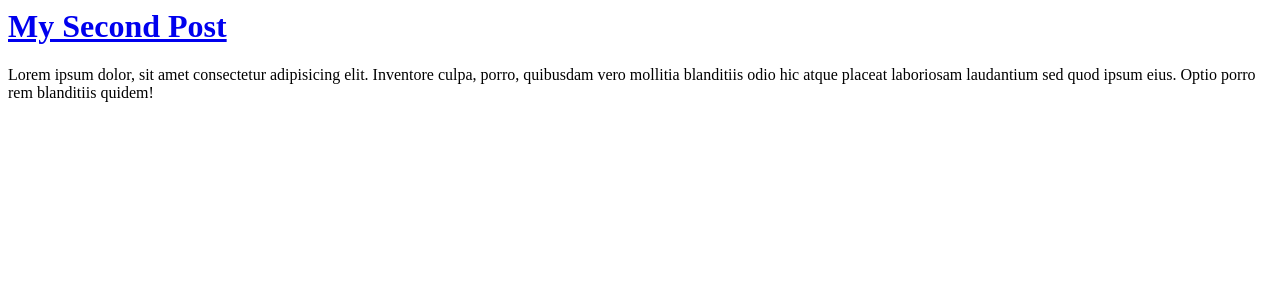
Repository: RaquelAlvarezz/example-app
Page: resources/posts/my-third-post.html
The author's editor kept a copy of each file at every save. The page is drawn from the files as they stood at one save, then again after the next save.
The browser window is 1280 px wide. The pictures show the whole page.

Above is the page before, as saved 2022-02-11 10:54:28.

### resources/posts/my-third-post.html

    <h1><a href="/post">My Second Post</a></h1>
<p>Lorem ipsum dolor, sit amet consectetur adipisicing elit. Inventore culpa, porro, quibusdam vero mollitia blanditiis odio hic atque placeat laboriosam laudantium sed quod ipsum eius. Optio porro rem blanditiis quidem!</p>

After the next save:
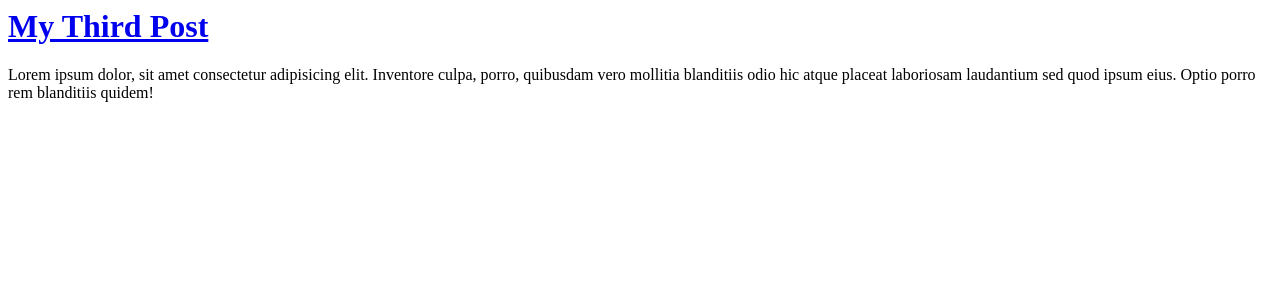
Saved 13 s later.
--- a/resources/posts/my-third-post.html
+++ b/resources/posts/my-third-post.html
@@ -1,3 +1,3 @@
 
-    <h1><a href="/post">My Second Post</a></h1>
+    <h1><a href="/post">My Third Post</a></h1>
 <p>Lorem ipsum dolor, sit amet consectetur adipisicing elit. Inventore culpa, porro, quibusdam vero mollitia blanditiis odio hic atque placeat laboriosam laudantium sed quod ipsum eius. Optio porro rem blanditiis quidem!</p>
